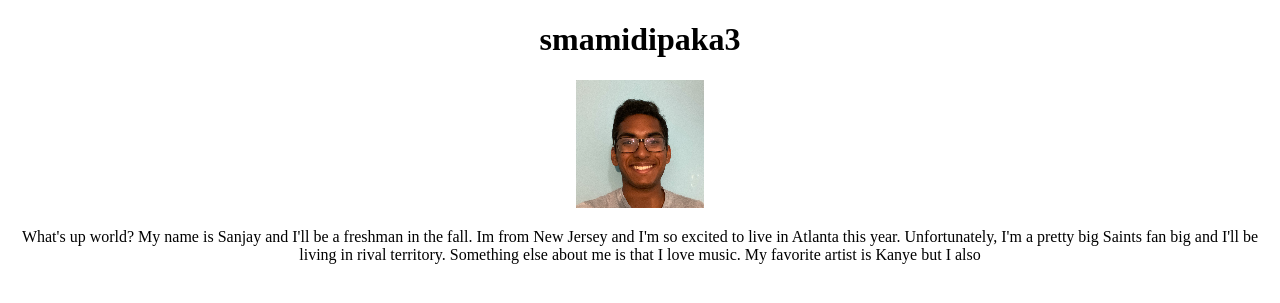
Repository: sanjayMamidipaka/cs1301
Page: lab01/index.html
An editor plug-in stored every save of this project. The page is shown before and after the next save, followed by the edit.
The browser window is 1280 px wide. The pictures show the whole page.

Above is the page before, as saved 2021-07-22 15:56:10.

### lab01/index.html
<!DOCTYPE html>

<head>
    <link rel="stylesheet" href="style.css">
  </head>

  <div class = "h1">
    <h1>smamidipaka3</h1>

    <img src="image.png" alt="My Picture">
    <p>
        What's up world? My name is Sanjay and I'll be a freshman in the fall. Im from New Jersey and I'm so excited to live in Atlanta this year.
        Unfortunately, I'm a pretty big Saints fan big and I'll be living in rival territory. Something else about me is that I love music. My favorite artist is Kanye but
        I also
    </p>
  </div>

### lab01/style.css
.h1 {
    text-align: center
}

After the next save:
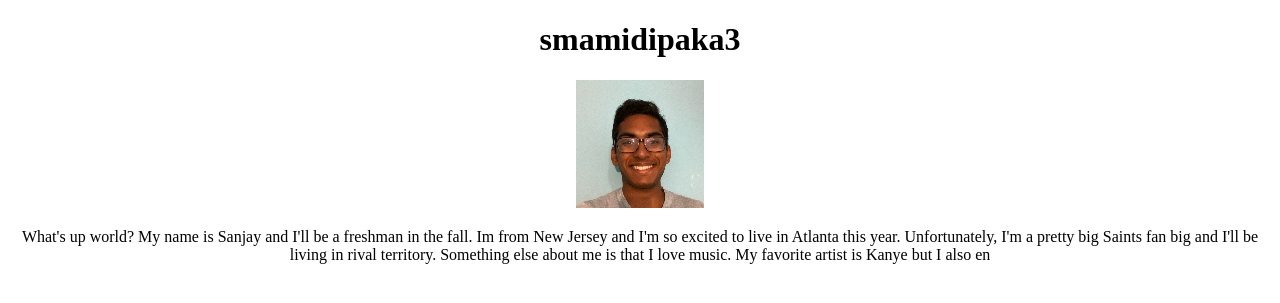
Saved 27 s later.
--- a/lab01/index.html
+++ b/lab01/index.html
@@ -11,6 +11,6 @@
     <p>
         What's up world? My name is Sanjay and I'll be a freshman in the fall. Im from New Jersey and I'm so excited to live in Atlanta this year.
         Unfortunately, I'm a pretty big Saints fan big and I'll be living in rival territory. Something else about me is that I love music. My favorite artist is Kanye but
-        I also
+        I also en
     </p>
   </div>
